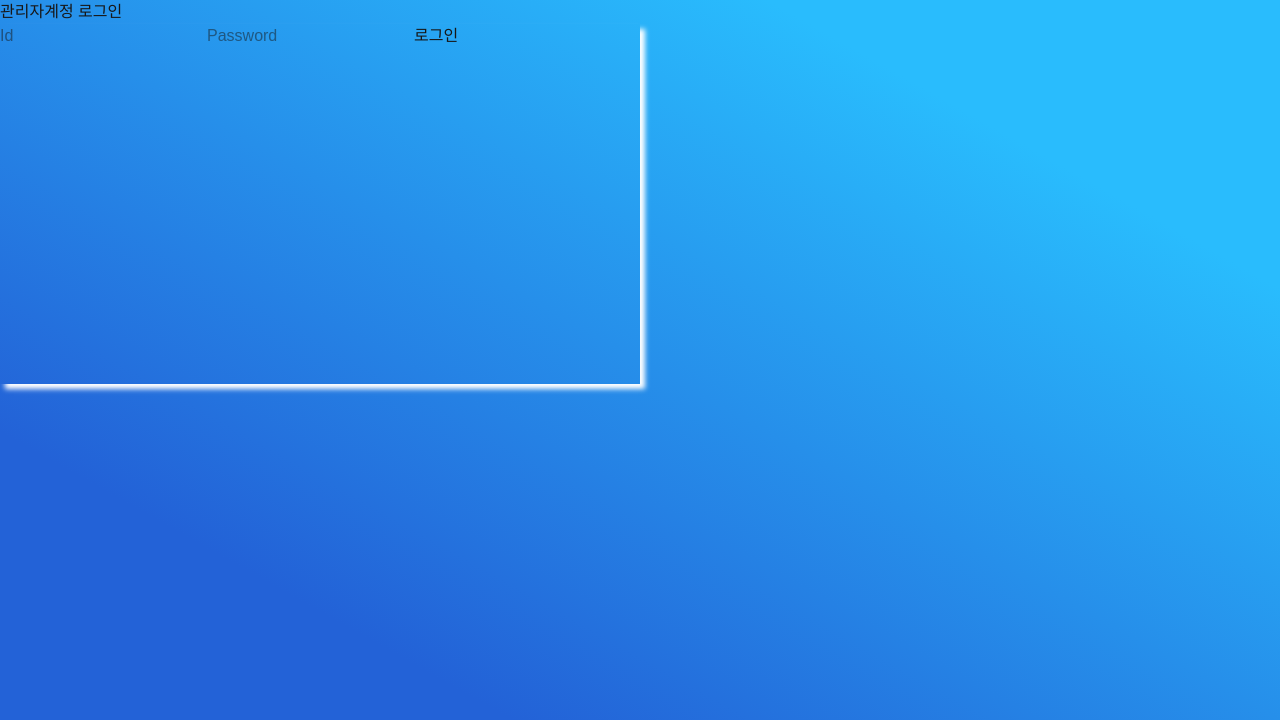
Repository: LEEYONGJUN3068/cms
Page: /login
An editor plug-in stored every save of this project. The page is shown before and after the next save, followed by the edit.
The browser window is 1280 px wide. The pictures show the whole page.
The page's requests for data from a server got no answer. The project was rebuilt for these pictures with package versions that can differ from the ones it lists, and the page was loaded fresh each time. The framework's server and built-in components were replaced by stand-ins that run in the browser. No one was signed in, and anything a server would have sent is missing. Also part of the build but not shown: next.config.mjs.

Above is the page before, as saved 2025-09-23 13:26:07.

After the next save:
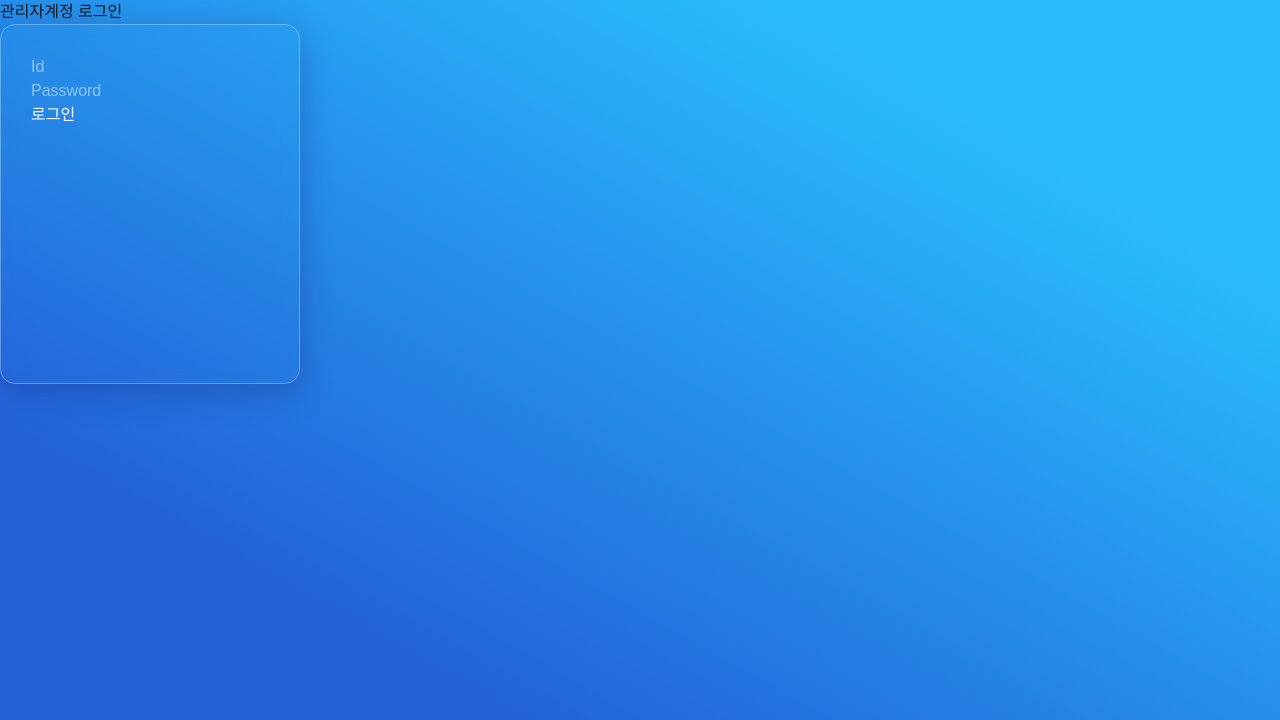
Saved 61 s later.
--- a/src/app/login/login.module.scss
+++ b/src/app/login/login.module.scss
@@ -6,7 +6,21 @@
     .form{
         width: 50%;
         height: 50vh;
-        background-color: transparent;
-        box-shadow: 5px 5px 5px #fff;
+
+  /* 2. 블러 효과: 배경을 흐릿하게 만듦 */
+  backdrop-filter: blur(10px);
+  -webkit-backdrop-filter: blur(10px); /* Safari 브라우저 지원 */
+
+  /* 3. 테두리: 빛나는 테두리 효과 */
+  border: 1px solid rgba(255, 255, 255, 0.3);
+
+  /* 4. 그림자: 입체감 부여 */
+  box-shadow: 0 8px 32px 0 rgba(31, 38, 135, 0.37);
+
+  /* 기타 스타일 */
+  border-radius: 15px;
+  padding: 30px;
+  width: 300px;
+  color: white;
     }
 }
